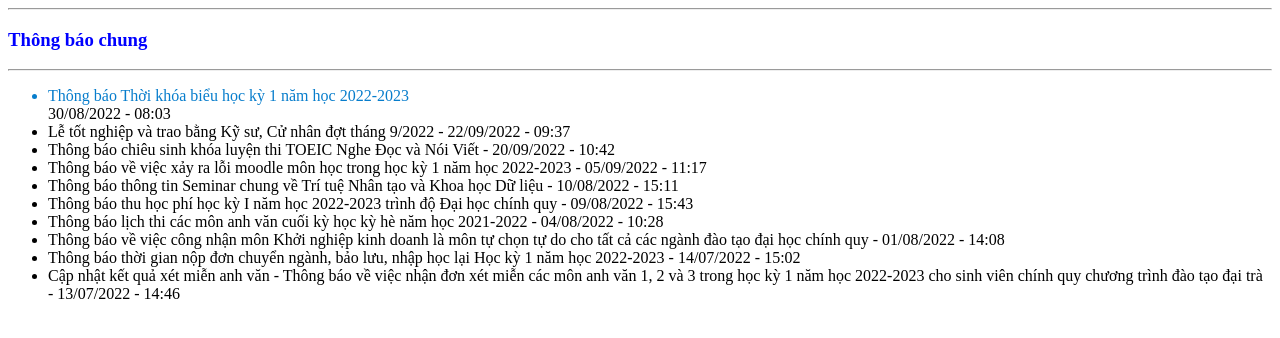
Repository: HoangDuy315/web-dev2022
Page: ex3.html
An editor plug-in stored every save of this project. The page is shown before and after the next save, followed by the edit.
The browser window is 1280 px wide. The pictures show the whole page.

Above is the page before, as saved 2022-09-22 15:35:30.

After the next save:
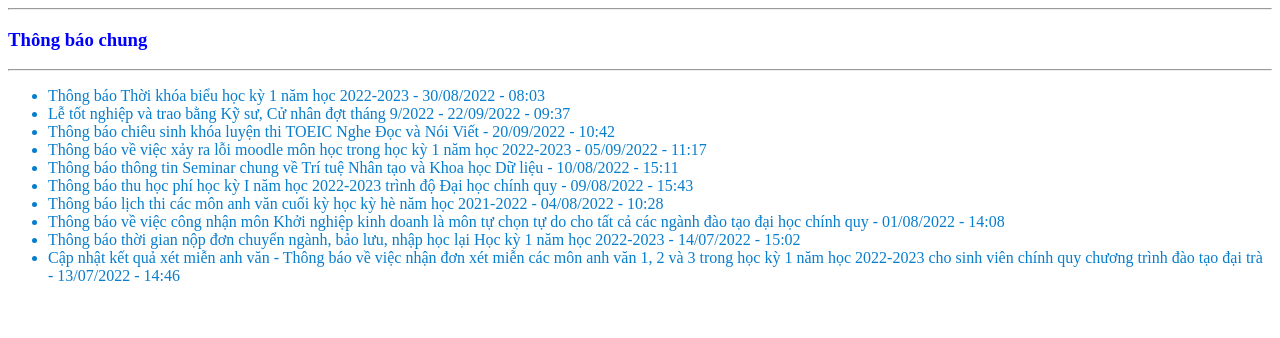
Saved 61 s later.
--- a/ex3.html
+++ b/ex3.html
@@ -11,8 +11,8 @@
         <h3 class="thongbao">Thông báo chung</h3>
     </hr>
     <hr>
-        <ul >
-            <li class="tinnhan">Thông báo Thời khóa biểu học kỳ 1 năm học 2022-2023  </li>30/08/2022 - 08:03
+        <ul  class="tinnhan">
+            <li>Thông báo Thời khóa biểu học kỳ 1 năm học 2022-2023 - 30/08/2022 - 08:03</li>
             <li>Lễ tốt nghiệp và trao bằng Kỹ sư, Cử nhân đợt tháng 9/2022 - 22/09/2022 - 09:37</li>
             <li>Thông báo chiêu sinh khóa luyện thi TOEIC Nghe Đọc và Nói Viết - 20/09/2022 - 10:42</li>
             <li>Thông báo về việc xảy ra lỗi moodle môn học trong học kỳ 1 năm học 2022-2023 - 05/09/2022 - 11:17</li>
